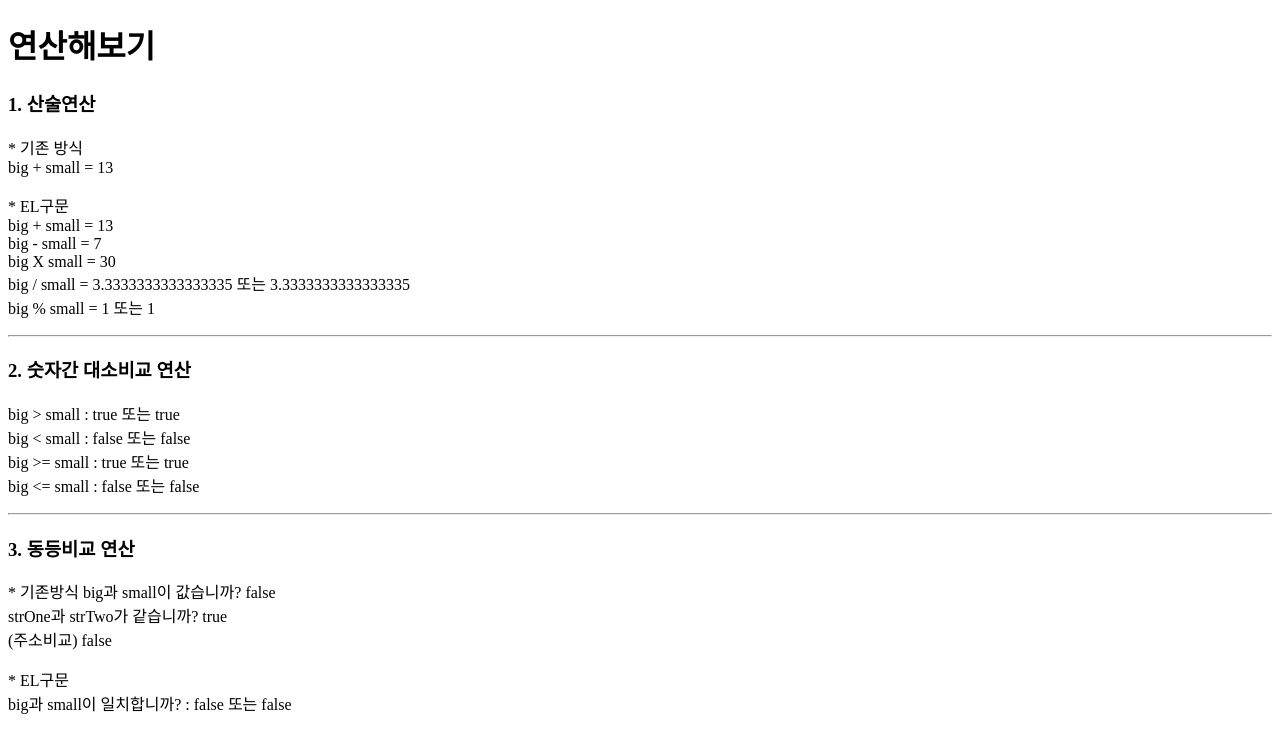
Repository: judeyong/myWebWorkSpace2
Page: http://localhost/Action_Project/operation.do
These files come from the project's save history. The page is drawn as it stood at one moment and after the next save; the edit follows.
The browser window is 1280 px wide. The pictures show the whole page.
The page is served by Tomcat 9. Other server files are loaded and not shown.

Above is the page before, as saved 2024-04-03 02:27:47.

### Action_Project/WebContent/views/02_elOperation.jsp
<%@ page language="java" contentType="text/html; charset=UTF-8"
    pageEncoding="UTF-8"%>
<!DOCTYPE html>
<html>
<head>
<meta charset="UTF-8">
<title>Insert title here</title>
</head>
<body>

	<h1>연산해보기</h1>
	<h3>1. 산술연산</h3>

	<p>
		* 기존 방식 <br>
		big + small = <%= (int)request.getAttribute("big") + (int)request.getAttribute("small") %>
	</p>

	<p>
		* EL구문<br>
		big + small = ${ big + small } <br>
		big - small = ${ big - small } <br>
		big X small = ${ big * small } <br>
		big / small = ${ big / small } 또는 ${ big div small }<br>
		big % small = ${ big % small } 또는 ${ big mod small }<br>
	</p>

	<hr>

	<h3>2. 숫자간 대소비교 연산</h3>

	<p>
		big &gt; small : ${ big > small } 또는 ${ big gt small } <br>
		big &lt; small : ${ big < small } 또는 ${ gib lt small } <br>
		big &gt;= small : ${ big >= small } 또는 ${ big ge small } <br>
		big &lt;= small : ${ big <= small } 또는 ${ big le small } <br>
	</p>

	<hr>

	<h3>3. 동등비교 연산</h3>

	<p>
		* 기존방식
		big과 small이 값습니까?
		<%= (int)request.getAttribute("big") == (int)request.getAttribute("small") %> <br>
		strOne과 strTwo가 같습니까?
		<%= ((String)request.getAttribute("strOne")).equals((String)request.getAttribute("strTwo")) %> <br>
		(주소비교)
		<%= (String)request.getAttribute("strOne") == (String)request.getAttribute("strTwo") %> <br>
	</p>

	<p>
		* EL구문 <br>
		big과 small이 일치합니까? : ${ big == small } 또는 ${ big eq small }<br>

	</p>




























</body>
</html>

### Action_Project/src/com/kh/controller/OperationServlet.java
package com.kh.controller;

import java.io.IOException;
import java.util.ArrayList;

import javax.servlet.ServletException;
import javax.servlet.annotation.WebServlet;
import javax.servlet.http.HttpServlet;
import javax.servlet.http.HttpServletRequest;
import javax.servlet.http.HttpServletResponse;

import com.kh.model.vo.Person;

/**
 * Servlet implementation class OperationServlet
 */
@WebServlet("/operation.do")
public class OperationServlet extends HttpServlet {
	private static final long serialVersionUID = 1L;

    /**
     * @see HttpServlet#HttpServlet()
     */
    public OperationServlet() {
        super();
        // TODO Auto-generated constructor stub
    }

	/**
	 * @see HttpServlet#doGet(HttpServletRequest request, HttpServletResponse response)
	 */
	protected void doGet(HttpServletRequest request, HttpServletResponse response) throws ServletException, IOException {

		// 테스트 할 수 있는 값 넘기기
		request.setAttribute("big", 10);
		request.setAttribute("small", 3);

		request.setAttribute("strOne", "안녕");
		request.setAttribute("strTwo", new String("안녕"));

		request.setAttribute("personOne", new Person("홍길동", 15, "한양"));
		request.setAttribute("personTwo", null);

		ArrayList<String> list1 = new ArrayList();
		request.setAttribute("listOne", list1);

		ArrayList<String> list2 = new ArrayList();
		list2.add("ㅎㅇ");
		request.setAttribute("listTwo", list2);

		// 일단 여기까지 requestScope에 총 8개의 값을 담았음
		request.getRequestDispatcher("views/02_elOperation.jsp").forward(request, response);

	}

	/**
	 * @see HttpServlet#doPost(HttpServletRequest request, HttpServletResponse response)
	 */
	protected void doPost(HttpServletRequest request, HttpServletResponse response) throws ServletException, IOException {
		// TODO Auto-generated method stub
		doGet(request, response);
	}

}

### Action_Project/src/com/kh/model/vo/Person.java
package com.kh.model.vo;

public class Person {

	private String name;
	private int age;
	private String address;

	public Person() {
		super();
	}

	public Person(String name, int age, String address) {
		super();
		this.name = name;
		this.age = age;
		this.address = address;
	}

	public String getName() {
		return name;
	}

	public void setName(String name) {
		this.name = name;
	}

	public int getAge() {
		return age;
	}

	public void setAge(int age) {
		this.age = age;
	}

	public String getAddress() {
		return address;
	}

	public void setAddress(String address) {
		this.address = address;
	}

	@Override
	public String toString() {
		return "Person [name=" + name + ", age=" + age + ", address=" + address + "]";
	}

}

After the next save:
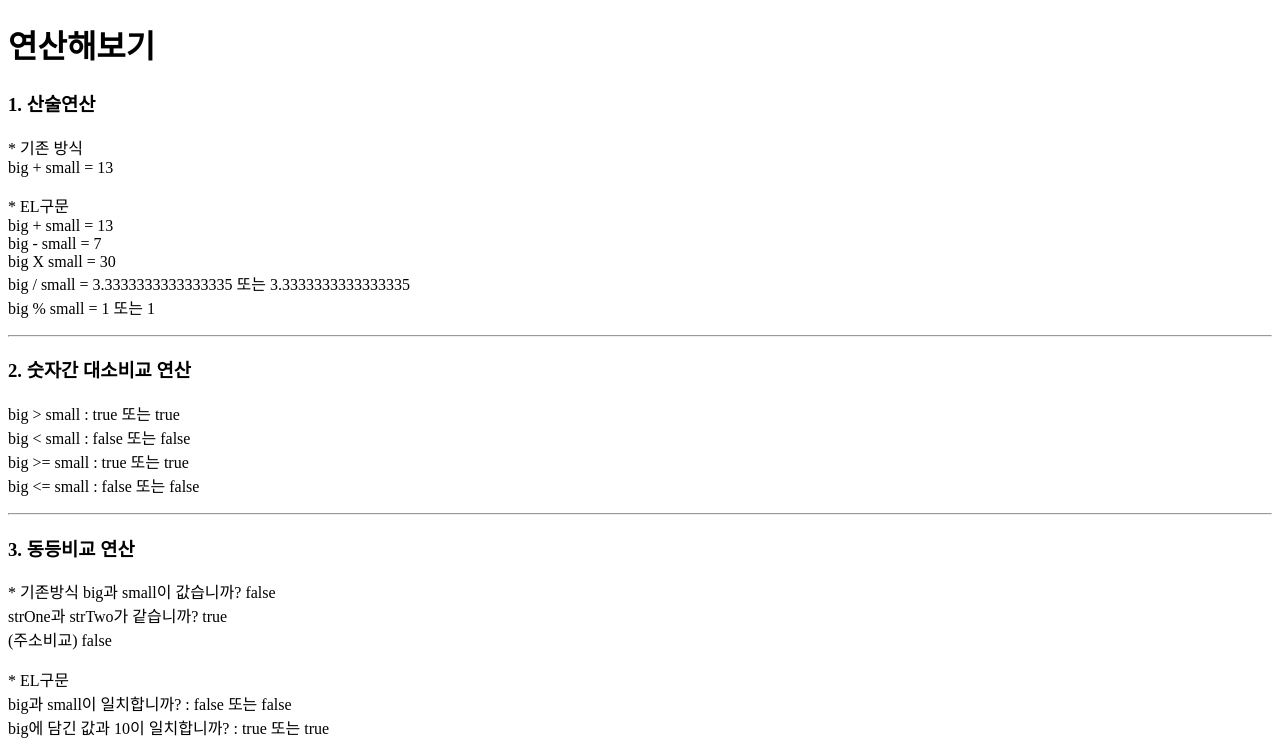
Saved 40 s later.
--- a/Action_Project/WebContent/views/02_elOperation.jsp
+++ b/Action_Project/WebContent/views/02_elOperation.jsp
@@ -53,6 +53,7 @@
 	<p>
 		* EL구문 <br>
 		big과 small이 일치합니까? : ${ big == small } 또는 ${ big eq small }<br>
+		big에 담긴 값과 10이 일치합니까? : ${ big == 10 } 또는 ${ big eq 10 }<br>
 
 	</p>
 
